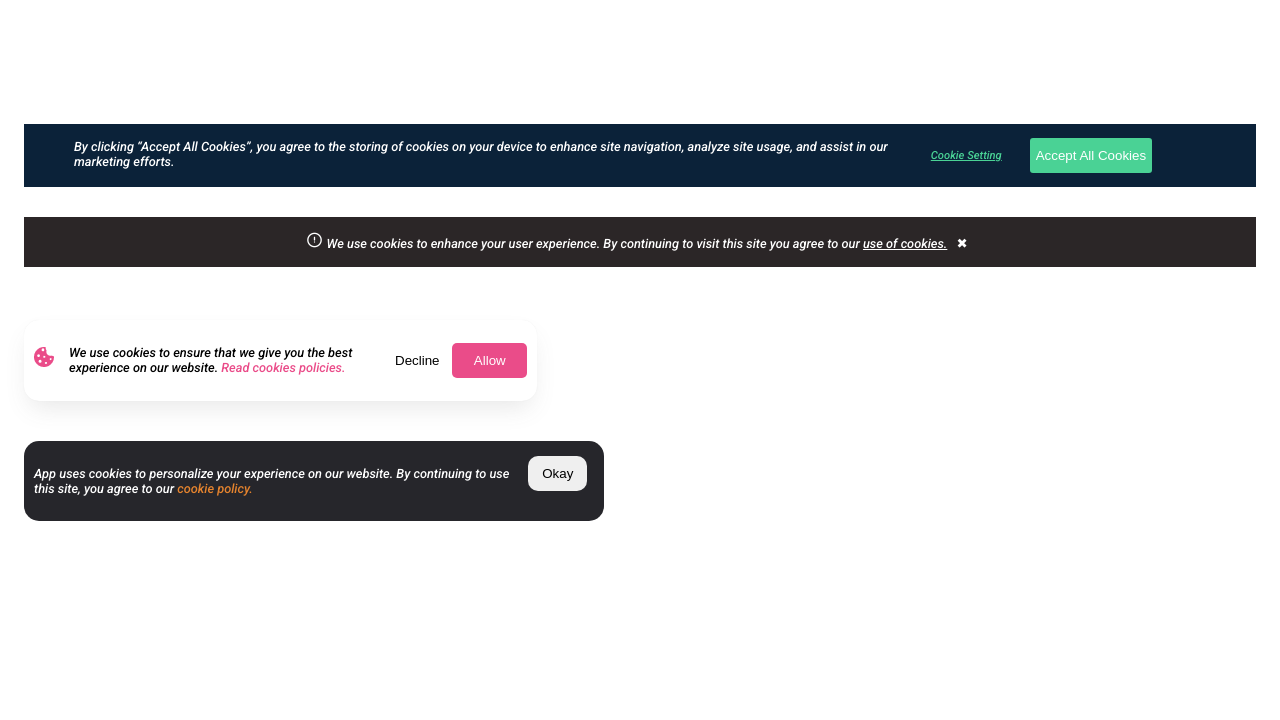
Repository: batonAnton/cursor_cookies_lectr3
Page: index.html
The author's editor kept a copy of each file at every save. The page is drawn from the files as they stood at one save, then again after the next save.
The browser window is 1280 px wide. The pictures show the whole page.

Above is the page before, as saved 2022-06-01 13:33:30.

### index.html
<!DOCTYPE html>
<html lang="en">
<head>
    <meta charset="UTF-8">
    <meta http-equiv="X-UA-Compatible" content="IE=edge">
    <meta name="viewport" content="width=device-width, initial-scale=1.0">
    <link rel="preconnect" href="https://fonts.googleapis.com">
    <link rel="preconnect" href="https://fonts.gstatic.com" crossorigin>
    <link href="https://fonts.googleapis.com/css2?family=Roboto:ital,wght@1,500&display=swap" rel="stylesheet">
    <link rel="stylesheet" href="/css/style.css">
    <title>Cookie Banner</title>
</head>
<body>
    <div class="container">
        <div class="banner_1">
            <p>By clicking “Accept All Cookies”, you agree to the storing of cookies on your device to enhance site navigation, analyze site usage, and assist in our <br> marketing efforts.</p>
            <a href="#">cookie setting</a>
            <button>accept all cookies</button>
        </div>

        <div class="banner_2">
            <p> <img src="/images/exclamation mark.png" alt="mark"> We use cookies to enhance your user experience. By continuing to visit this site you agree to our <span class="under_span">use of cookies.</span>
                <button><span>&#10006</span></button>
            </div></p>
        </div>

        <div class="banner_3">
            <img src="/images/pink_cookies.png" alt="img cookies">
            <p>We use cookies to ensure that we give you the best <br> experience on our website. <a href="#">Read cookies policies.</a> </p>
            <button class="false_btn">decline</button>
            <button class="true_btn">allow</button>
        </div>

        <div class="banner_4">
            <p>App uses cookies to personalize your experience on our website. By continuing to use <br> this site, you agree to our  <a href="#">cookie policy.</a></p>
            <button>okay</button>
        </div>
    </div>
</body>
</html>

### css/style.css
body {
  margin: 124px 24px;
  font-family: "Roboto", sans-serif;
}
p {
  font-size: 0.8rem;
}

.banner_1 {
  width: 100%;
  display: inline-flex;
  background-color: #0b2239;
}

.banner_1 p {
  color: #ffffff;
  margin: 15px 15px 15px 50px;
}

.banner_1 a {
  color: #4ad295;
  margin: 25px 28px;
  font-size: 0.7rem;
  text-transform: capitalize;
}

.banner_1 button {
  color: #ffffff;
  background-color: #4ad295;
  margin: 14px 50px 0px 0px;
  height: 35px;
  text-transform: capitalize;
  border-radius: 3px;
  border: none;
  cursor: pointer;
}

.banner_2 {
  width: 100%;
  margin-top: 30px;
  background-color: #2b2627;
  display: inline-flex;
}

.banner_2 p {
  color: #ffffff;
  margin: 15px auto;
}

.banner_2 button {
  border: none;
  color: #ffffff;
  background-color: #2b2627;
}

.under_span {
  text-decoration: underline;
}

.banner_3 {
  display: inline-flex;
  margin-top: 40px;
  margin-bottom: 40px;
  border-radius: 15px;
  padding: 10px;
  background: #ffffff;
  box-shadow: 0px 12px 24px -6px rgba(96, 96, 96, 0.15),
    0px 0px 1px rgba(96, 96, 96, 0.1);
}

.banner_3 p {
  margin: 15px;
}

.banner_3 img {
  height: 20px;
  margin-top: 17px;
}

.banner_3 a {
  color: #ea4c89;
  text-decoration: none;
}

.false_btn {
  background-color: white;
  border: none;
  text-transform: capitalize;
  margin: 13px 0 13px 15px;
  height: 35px;
  width: 70px;
  cursor: pointer;
}

.true_btn {
  background-color: #ea4c89;
  border: none;
  border-radius: 5px;
  text-transform: capitalize;
  margin: 13px 0 13px 0px;
  height: 35px;
  width: 75px;
  color: #ffffff;
  cursor: pointer;
}

.banner_4 {
  background-color: #26262b;
  color: #ffffff;
  border-radius: 15px;
  padding: 10px;
  display: block;
  width: 560px;
}

.banner_4 p {
  margin: 15px auto;
  display: inline-flex;
}

.banner_4 a {
  display: contents;
  color: #E6842E;
}

.banner_4 button {
    margin-left: 15px;
    border-radius: 10px;
    width: 59px;
    height: 35px;
    text-transform: capitalize;
    border:none;
}

After the next save:
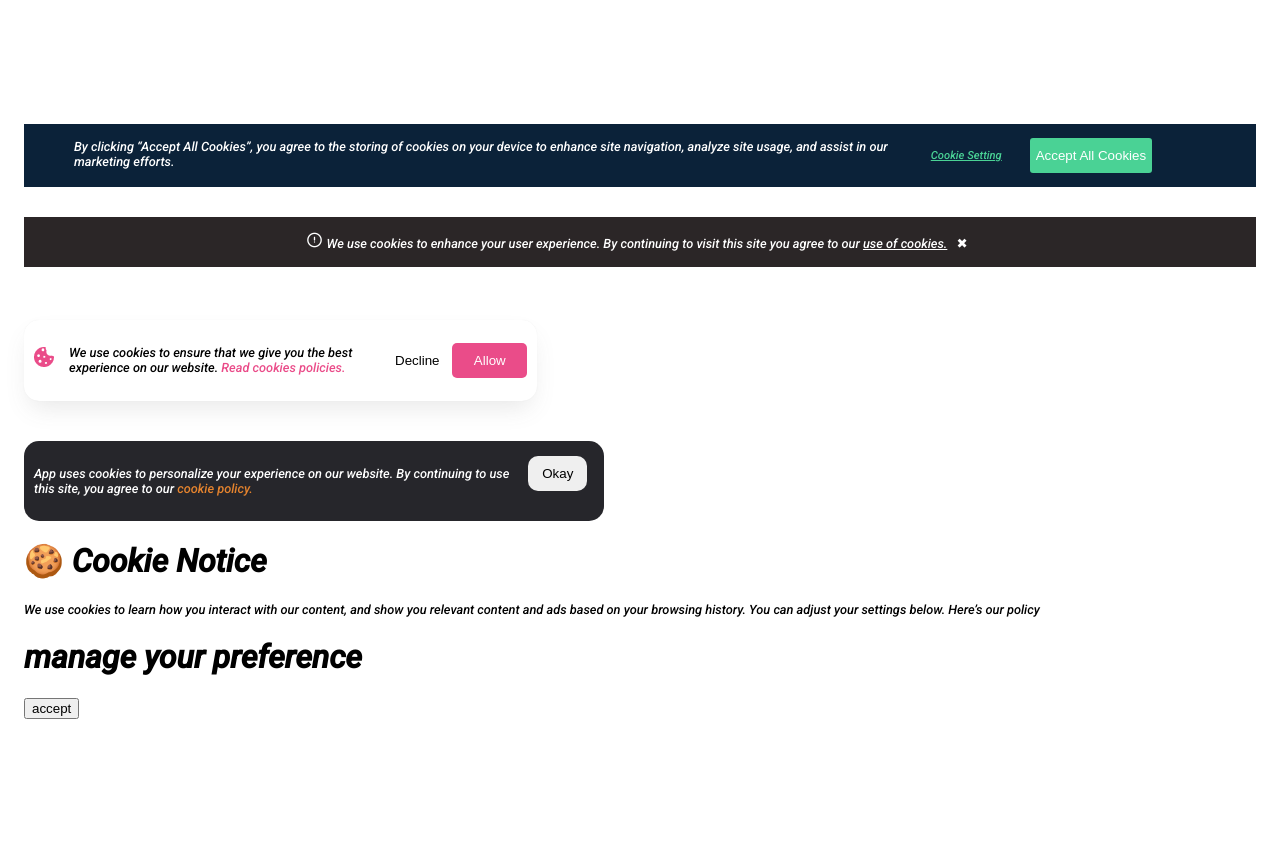
Saved 10 min 31 s later.
--- a/index.html
+++ b/index.html
@@ -35,6 +35,13 @@
             <p>App uses cookies to personalize your experience on our website. By continuing to use <br> this site, you agree to our  <a href="#">cookie policy.</a></p>
             <button>okay</button>
         </div>
+
+        <div class="banner_5">
+            <h1>🍪 Cookie Notice</h1>
+            <p>We use cookies to learn how you interact with our content, and show you relevant content and ads based on your browsing history. You can adjust your settings below. Here’s our policy</p>
+            <h1>manage your preference </h1>
+            <button>accept</button>
+        </div>
     </div>
 </body>
 </html>
